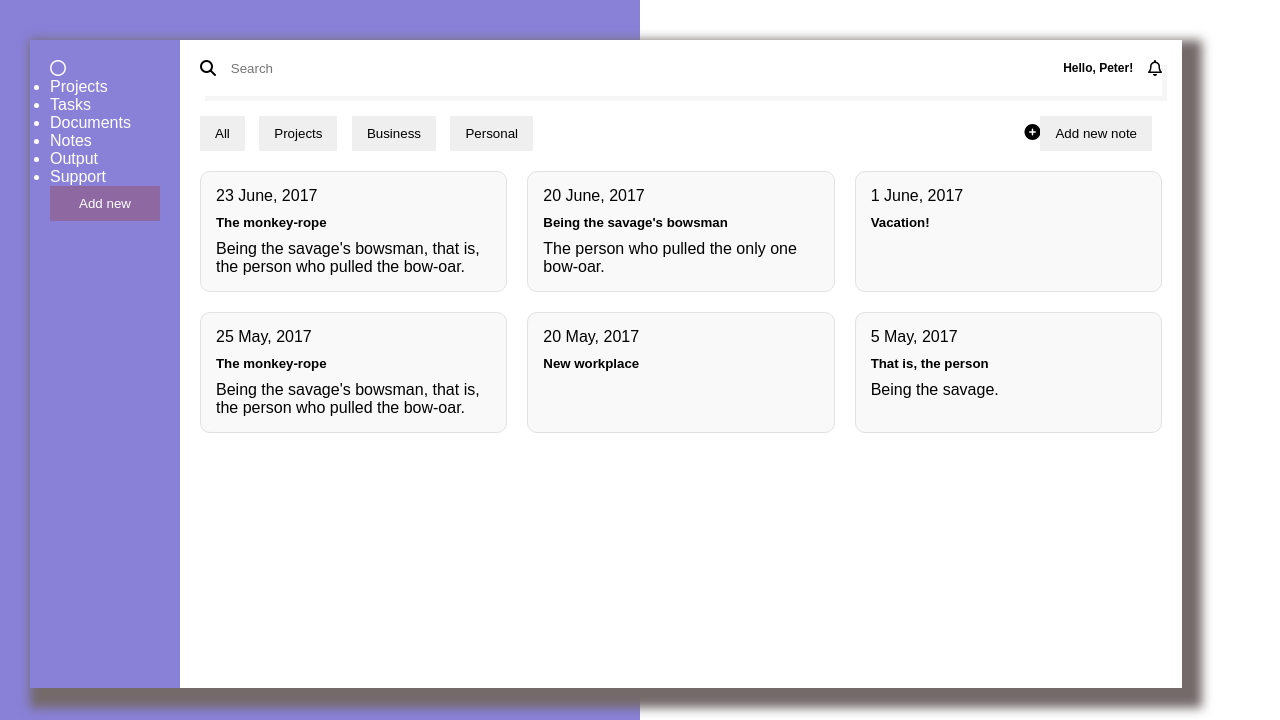
Repository: SatenikGabrielyan/HTML_CSS-_Assignment
Page: index.html
The author's editor kept a copy of each file at every save. The page is drawn from the files as they stood at one save, then again after the next save.
The browser window is 1280 px wide. The pictures show the whole page.
Some web libraries are served in a nearby version.

Above is the page before, as saved 2025-03-17 23:28:39.

After the next save:
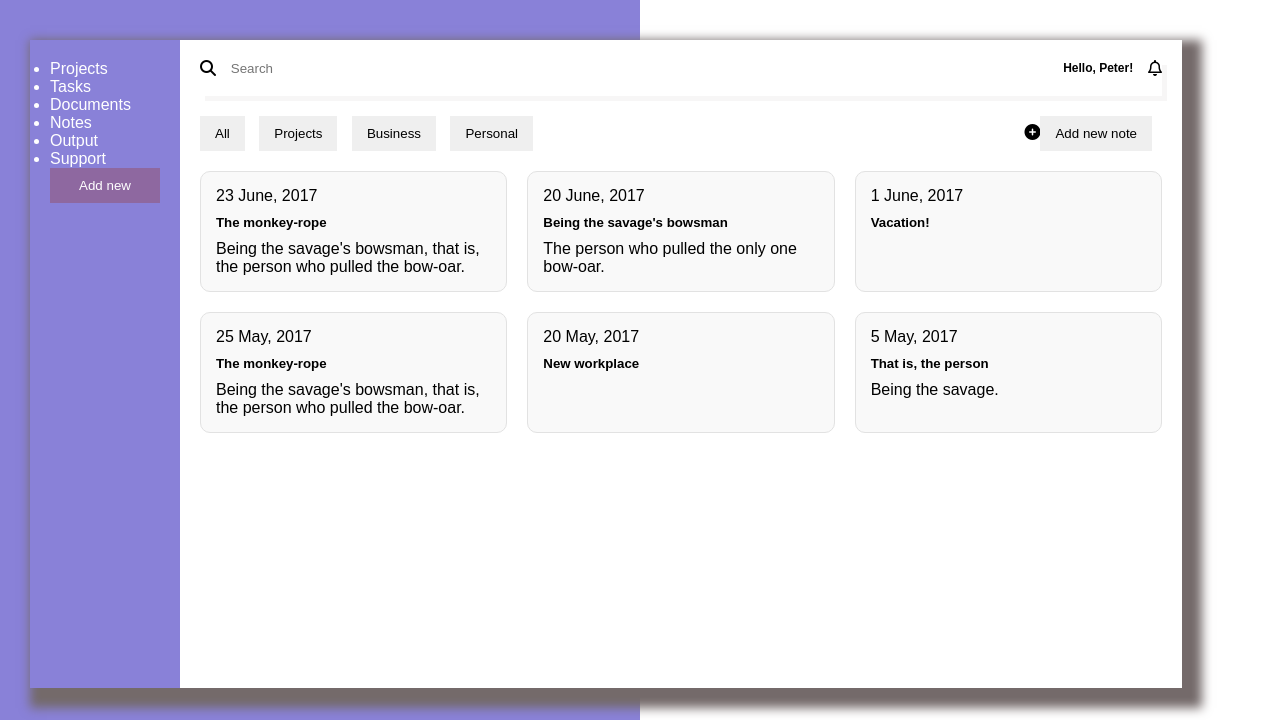
Saved 7 s later.
--- a/index.html
+++ b/index.html
@@ -14,9 +14,9 @@
       </div>
     <div class="container">
       <aside class="sidebar">
-        <header class="circle">
+        <!-- <header class="circle">
             <i class="fa-regular fa-circle"></i>
-        </header>
+        </header> -->
         <nav>
             <ul>
                 <li>Projects</li>
